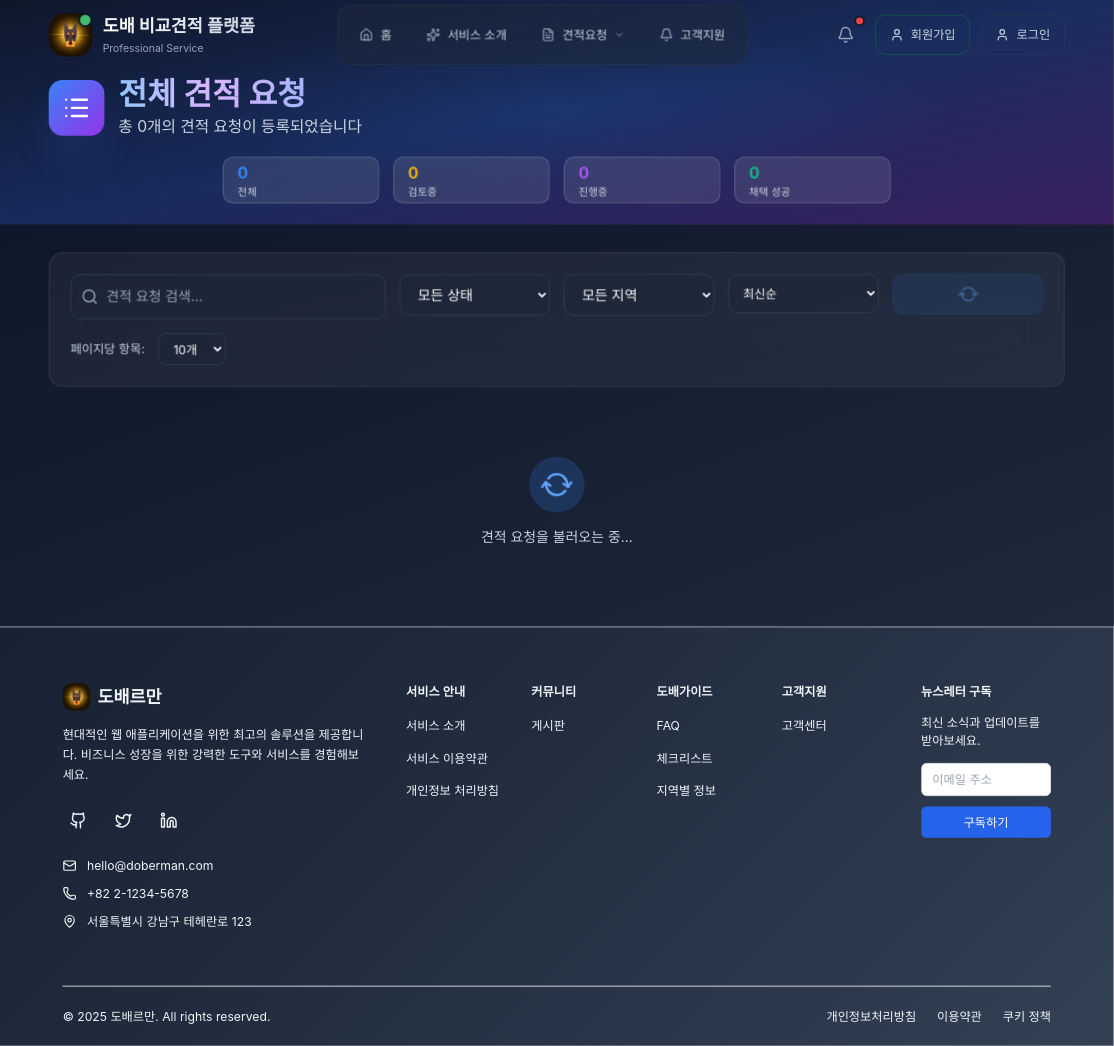
Repository: rambozzang/doberman_nextjs
Page: /quote-request/list
An editor plug-in stored every save of this project. The page is shown before and after the next save, followed by the edit.
The browser window is 1280 px wide. The pictures show the whole page, at 87% of full size.
The page's requests for data from a server got no answer. The project was rebuilt for these pictures with package versions that can differ from the ones it lists, and the page was loaded fresh each time. The framework's server and built-in components were replaced by stand-ins that run in the browser. No one was signed in, and anything a server would have sent is missing. Also part of the build but not shown: next.config.mjs, next.config.ts, src/components/LoginModal.tsx, src/components/RegisterModal.tsx.

Above is the page before, as saved 2025-06-24 21:48:09.

After the next save:
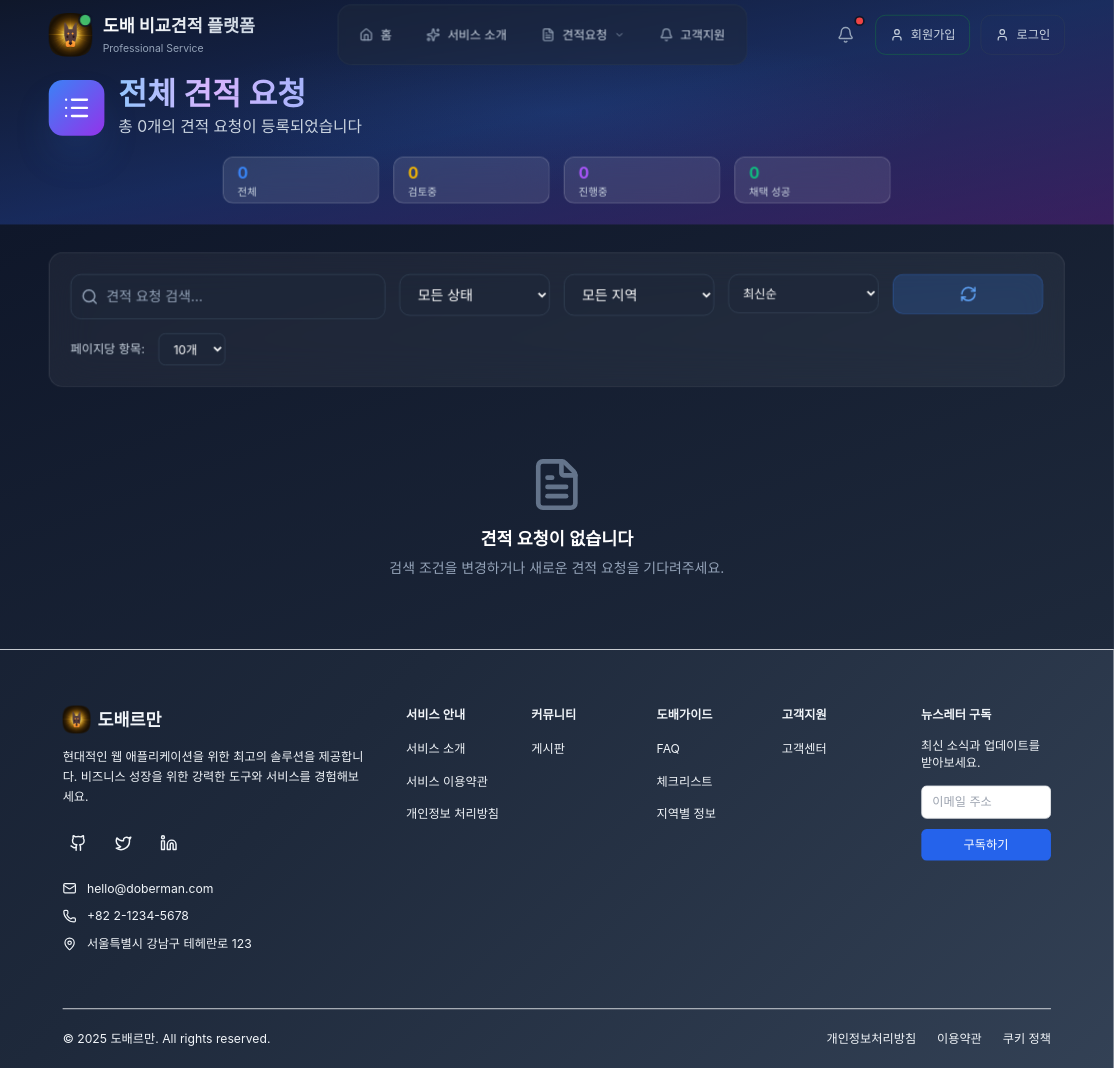
Saved 13 s later.
--- a/src/app/quote-request/list/page.tsx
+++ b/src/app/quote-request/list/page.tsx
@@ -181,6 +181,38 @@ export default function QuoteRequestListPage() {
     }
   }, []);
 
+  const initialLoadRan = useRef(false);
+
+  // 초기 데이터 로딩 (Strict Mode 대응)
+  useEffect(() => {
+    if (initialLoadRan.current === false) {
+      console.log("초기 데이터 로딩 시작");
+      loadCustomerRequests(0, pageSize, "", "all", "all", sortBy, sortOrder);
+    }
+    return () => {
+      initialLoadRan.current = true;
+    };
+    // eslint-disable-next-line react-hooks/exhaustive-deps
+  }, []);
+
+  const isInitialRender = useRef(true);
+  // 검색/필터/정렬 변경 시 데이터 다시 로딩 (디바운싱)
+  useEffect(() => {
+    // 첫 렌더링 주기는 무시
+    if (isInitialRender.current) {
+      isInitialRender.current = false;
+      return;
+    }
+
+    const timeoutId = setTimeout(() => {
+      console.log("필터 변경으로 인한 데이터 로딩");
+      loadCustomerRequests(0, pageSize, searchTerm, statusFilter, regionFilter, sortBy, sortOrder);
+      setCurrentPage(0);
+    }, 500);
+
+    return () => clearTimeout(timeoutId);
+  }, [searchTerm, statusFilter, regionFilter, sortBy, sortOrder, pageSize, loadCustomerRequests]);
+
   // 페이지 변경
   const handlePageChange = (newPage: number) => {
     if (newPage >= 0 && newPage < totalPages && newPage !== currentPage) {
